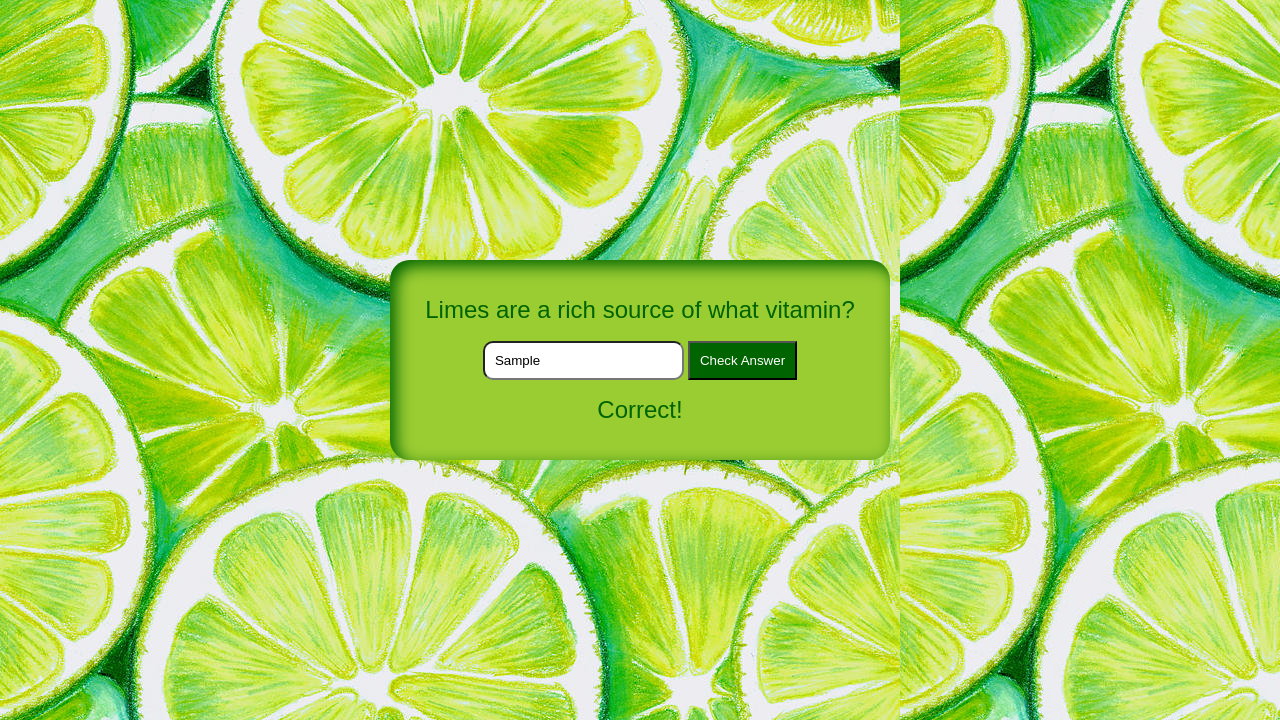
Repository: Joseph061200/Dynamic_Lab2
Page: joseph.html
An editor plug-in stored every save of this project. The page is shown before and after the next save, followed by the edit.
The browser window is 1280 px wide. The pictures show the whole page.
Empty fields were first filled with sample values (such as "Sample", 5 or name@example.com).
After loading, the first visible `button` was clicked once.

Above is the page before, as saved 2020-02-20 14:46:44.

After the next save:
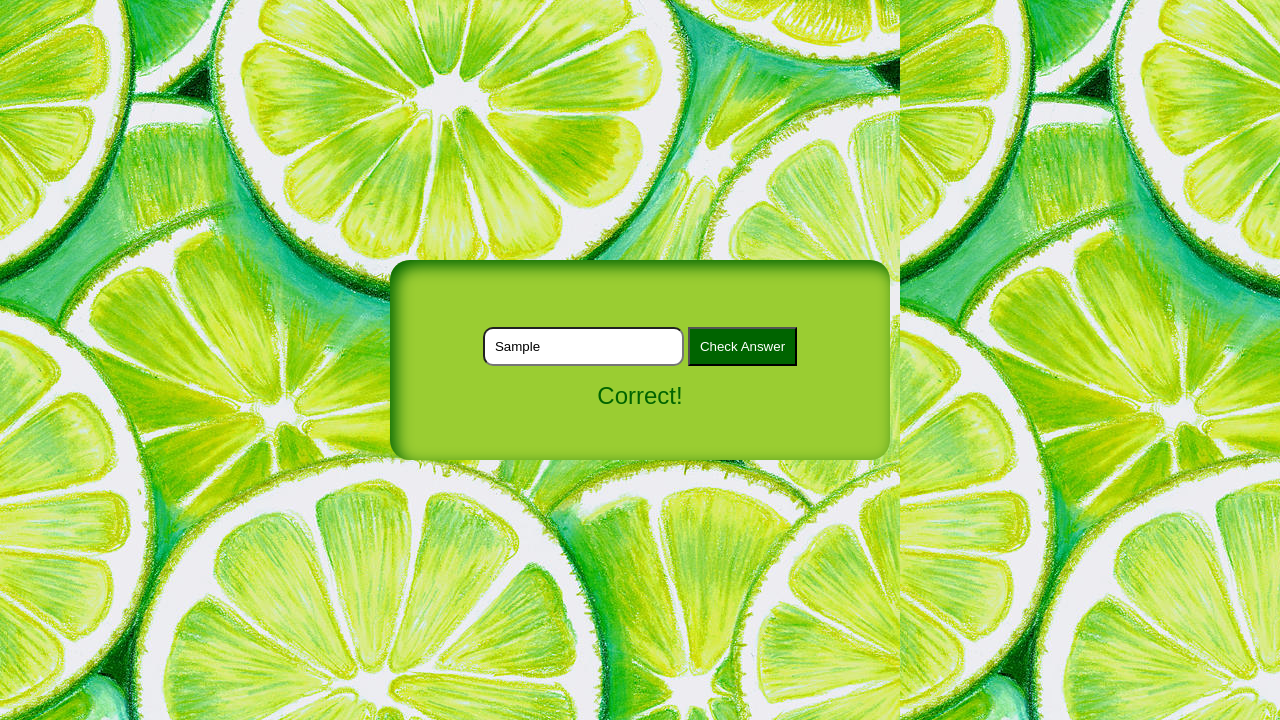
Saved 2 min 49 s later.
--- a/joseph.js
+++ b/joseph.js
@@ -1,9 +1,12 @@
+var answer = "C" ||"c";
 function CheckAnswer(){
     var myInput = document.querySelector("#answer").value;
     console.log(myInput);
     if (myInput === "C"||"c"){
         // alert("Correct!");
-        document.querySelector("#h_r").innerHTML = "<h1>Correct!<h1/>"
+        document.querySelector("#h_r").innerHTML = "<h1>Correct!<h1/>";
+
+        document.querySelector("h1").innerHTML = "";
     }else {
         // alert("wrong");
         document.querySelector("#h_r").innerText = "<h1>Incorrect!<h1/>"
